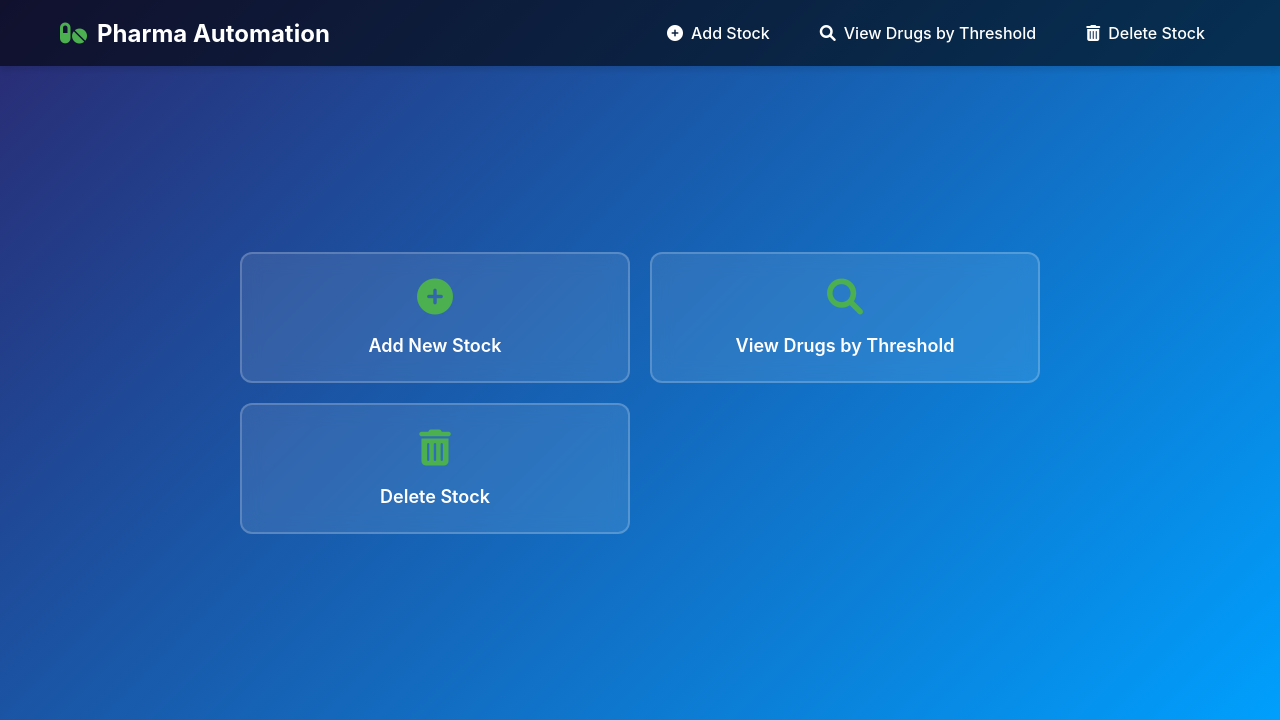
Repository: Clarrieous/Infosys-intern
Page: http://localhost/stockindex
An editor plug-in stored every save of this project. The page is shown before and after the next save, followed by the edit.
The browser window is 1280 px wide. The pictures show the whole page.
The page is this project's Thymeleaf template; nobody is signed in. The template is opened directly, without the code that normally fills it, so the values that code supplies are empty.

Above is the page before, as saved 2024-12-08 19:35:23.

### ClientService/src/main/resources/templates/stockindex.html
<!DOCTYPE html>
<html xmlns:th="http://www.thymeleaf.org">
<head>
    <meta charset="UTF-8">
    <meta name="viewport" content="width=device-width, initial-scale=1.0">
    <title>Pharma Automation System</title>
    <link href="https://cdnjs.cloudflare.com/ajax/libs/font-awesome/6.0.0-beta3/css/all.min.css" rel="stylesheet">
    <style>
        :root {
            --primary-color: #2a2a72;
            --secondary-color: #009ffd;
            --accent-color: #4CAF50;
            --text-color: #ffffff;
            --background-color: #f4f4f4;
        }

        * {
            margin: 0;
            padding: 0;
            box-sizing: border-box;
        }

        body {
            font-family: 'Inter', 'Segoe UI', Tahoma, Geneva, Verdana, sans-serif;
            background: linear-gradient(135deg, var(--primary-color), var(--secondary-color));
            color: var(--text-color);
            min-height: 100vh;
            display: flex;
            flex-direction: column;
        }

        .container {
            max-width: 1200px;
            margin: 0 auto;
            padding: 0 20px;
            width: 100%;
        }

        .navbar {
            background-color: rgba(0, 0, 0, 0.6);
            padding: 15px 0;
            box-shadow: 0 4px 6px rgba(0, 0, 0, 0.1);
            overflow: hidden;
        }

        .nav-content {
            display: flex;
            justify-content: space-between;
            align-items: center;
        }

        .logo {
            display: flex;
            align-items: center;
            font-size: 24px;
            font-weight: 700;
        }

        .logo i {
            margin-right: 10px;
            color: var(--accent-color);
        }

        .nav-menu {
            display: flex;
            list-style: none;
            gap: 20px;
            overflow: hidden;
        }

        .nav-menu li {
            opacity: 0;
            transform: translateX(-30px); /* Start off-screen */
        }

        .nav-menu li a {
            color: var(--text-color);
            text-decoration: none;
            font-weight: 500;
            transition: all 0.3s ease;
            padding: 8px 15px;
            border-radius: 6px;
            display: flex;
            align-items: center;
            gap: 8px;
        }

        .nav-menu li a:hover {
            background-color: var(--accent-color);
            transform: translateY(-3px);
        }

        .main-content {
            flex-grow: 1;
            display: flex;
            justify-content: center;
            align-items: center;
            padding: 40px 0;
        }

        .action-grid {
            display: grid;
            grid-template-columns: repeat(2, 1fr);
            gap: 20px;
            width: 100%;
            max-width: 800px;
        }

        .action-card {
            opacity: 0; /* Start invisible */
            transform: translateY(20px); /* Move slightly down */
            background-color: rgba(255, 255, 255, 0.1);
            border: 2px solid rgba(255, 255, 255, 0.2);
            border-radius: 12px;
            padding: 25px;
            text-align: center;
            transition: all 0.4s ease;
            backdrop-filter: blur(10px);
        }

        .action-card:hover {
            transform: scale(1.05);
            background-color: rgba(255, 255, 255, 0.2);
            border-color: var(--accent-color);
        }

        .action-card a {
            color: var(--text-color);
            text-decoration: none;
            font-size: 18px;
            font-weight: 600;
            display: flex;
            flex-direction: column;
            align-items: center;
            gap: 10px;
        }

        .action-card i {
            font-size: 36px;
            color: var(--accent-color);
            margin-bottom: 10px;
        }

        @keyframes fadeIn {
            0% {
                opacity: 0;
                transform: translateY(20px);
            }
            100% {
                opacity: 1;
                transform: translateY(0);
            }
        }

        @keyframes slideInLeft {
            0% {
                opacity: 0;
                transform: translateX(-30px);
            }
            100% {
                opacity: 1;
                transform: translateX(0);
            }
        }

        @media (max-width: 768px) {
            .nav-content {
                flex-direction: column;
                text-align: center;
            }

            .nav-menu {
                margin-top: 15px;
                flex-direction: column;
                align-items: center;
            }

            .action-grid {
                grid-template-columns: 1fr;
            }
        }
    </style>
</head>
<body>
    <nav class="navbar">
        <div class="container nav-content">
            <div class="logo">
                <i class="fas fa-pills"></i>
                Pharma Automation
            </div>
            <ul class="nav-menu">
                <li><a th:href="@{/addStock}"><i class="fas fa-plus-circle"></i>Add Stock</a></li>
                <li><a th:href="@{/viewDrugsBelowThreshold}"><i class="fas fa-search"></i>View Drugs by Threshold</a></li>
                <li><a th:href="@{/deleteStock}"><i class="fas fa-trash-alt"></i>Delete Stock</a></li>
            </ul>
        </div>
    </nav>

    <main class="main-content container">
        <div class="action-grid">
            <div class="action-card" data-delay="0">
                <a th:href="@{/addStock}">
                    <i class="fas fa-plus-circle"></i>
                    Add New Stock
                </a>
            </div>
            <div class="action-card" data-delay="1">
                <a th:href="@{/viewDrugsBelowThreshold}">
                    <i class="fas fa-search"></i>
                    View Drugs by Threshold
                </a>
            </div>
            <div class="action-card" data-delay="2">
                <a th:href="@{/deleteStock}">
                    <i class="fas fa-trash-alt"></i>
                    Delete Stock
                </a>
            </div>
        </div>
    </main>

    <script>
        document.addEventListener('DOMContentLoaded', () => {
            const navItems = document.querySelectorAll('.nav-menu li');
            navItems.forEach((item, index) => {
                const delay = index * 0.2;
                item.style.animation = `slideInLeft 0.5s ease ${delay}s forwards`;
            });

            const cards = document.querySelectorAll('.action-card');
            cards.forEach((card, index) => {
                const delay = index * 0.3;
                card.style.animation = `fadeIn 0.6s ease ${delay}s forwards`;
            });
        });
    </script>
</body>
</html>

After the next save:
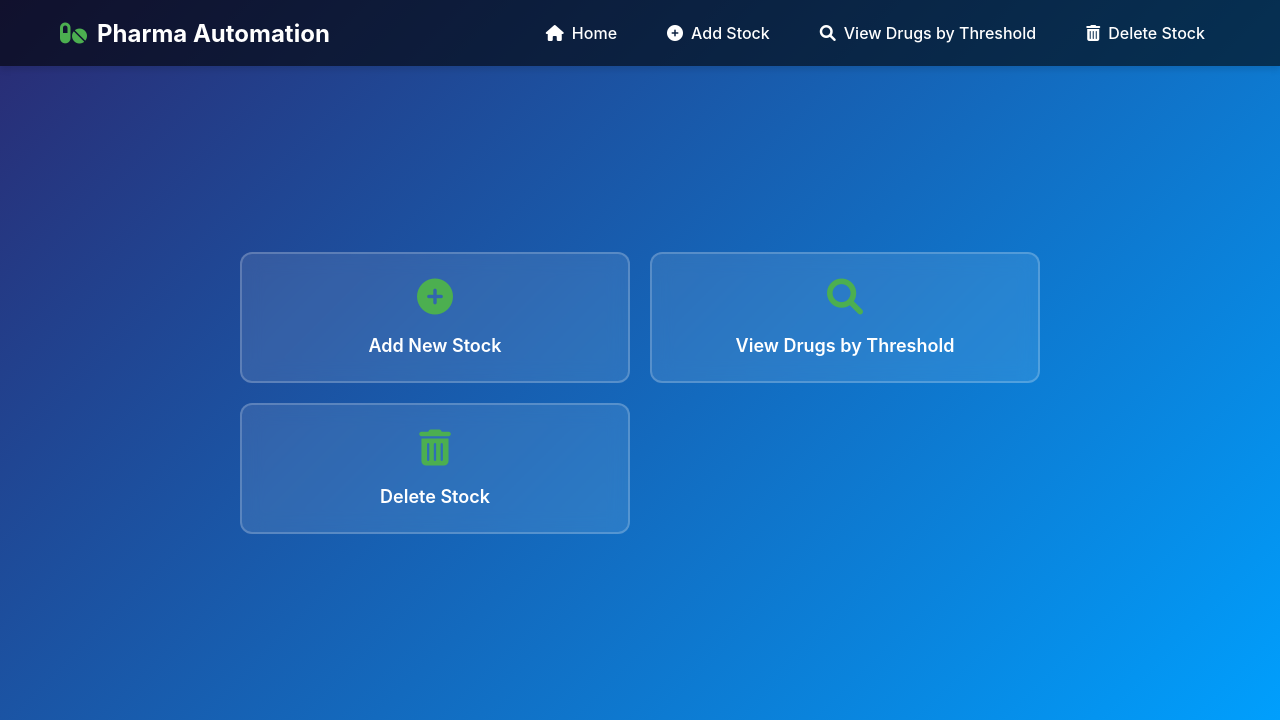
Saved 13 h 35 min later.
--- a/ClientService/src/main/resources/templates/stockindex.html
+++ b/ClientService/src/main/resources/templates/stockindex.html
@@ -189,6 +189,7 @@
                 Pharma Automation
             </div>
             <ul class="nav-menu">
+				<li><a th:href="@{/Home}"><i class="fa-solid fa-house"></i>Home</a></li>
                 <li><a th:href="@{/addStock}"><i class="fas fa-plus-circle"></i>Add Stock</a></li>
                 <li><a th:href="@{/viewDrugsBelowThreshold}"><i class="fas fa-search"></i>View Drugs by Threshold</a></li>
                 <li><a th:href="@{/deleteStock}"><i class="fas fa-trash-alt"></i>Delete Stock</a></li>
